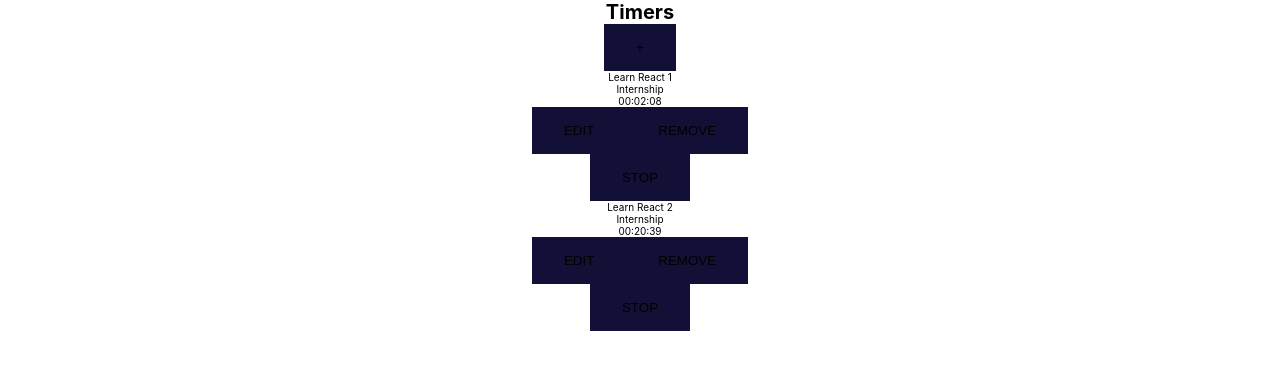
Repository: dqhuy153/react-timer
Page: /
These files come from the project's save history. The page is drawn as it stood at one moment and after the next save; the edit follows.
The browser window is 1280 px wide. The pictures show the whole page.
The project was rebuilt for these pictures with package versions that can differ from the ones it lists, and the page was loaded fresh each time. Also part of the build but not shown: src/components/TimerForm/index.jsx, src/components/ToggeableTimerForm/ToggleableTimerForm.module.scss.

Above is the page before, as saved 2021-10-26 15:21:41.

After the next save:
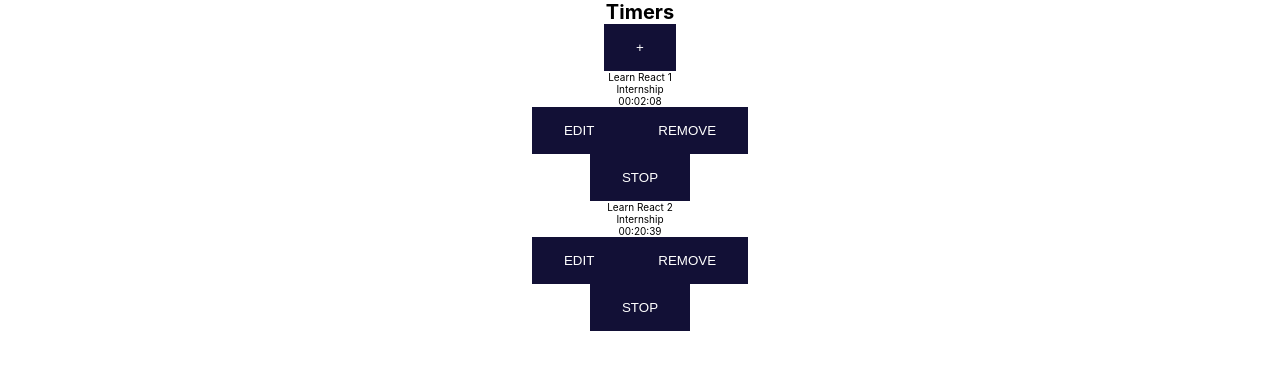
Saved 4 s later.
--- a/src/components/Button/Button.module.scss
+++ b/src/components/Button/Button.module.scss
@@ -2,5 +2,5 @@
   padding: 1rem 2rem;
   background: rgb(18, 16, 54);
   border: none;
-  color: #000;
+  color: #fff;
 }
